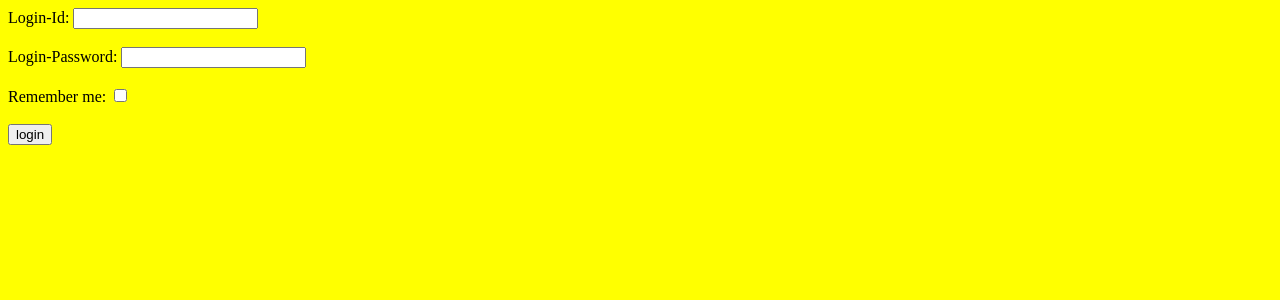
Repository: pawankumarsharm/UST_JDBC_SERVLET
Page: jdbc/empwebapp/WebContent/login.html
The author's editor kept a copy of each file at every save. The page is drawn from the files as they stood at one save, then again after the next save.
The browser window is 1280 px wide. The pictures show the whole page.

Above is the page before, as saved 2019-11-15 09:16:20.

After the next save:
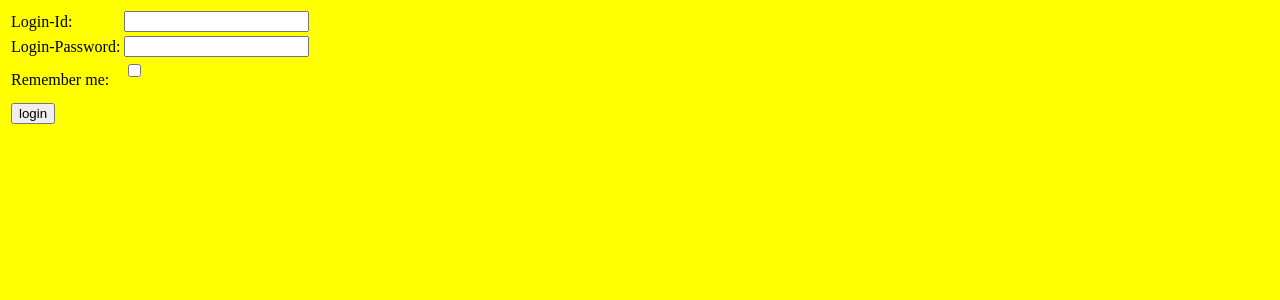
Saved 4 min 57 s later.
--- a/jdbc/empwebapp/WebContent/login.html
+++ b/jdbc/empwebapp/WebContent/login.html
@@ -8,12 +8,20 @@
 <form action="">
 <table>
 <tr>
+<td>Login-Id:</td>
+<td> <input name="id" type="text"></td>
+</tr>
+<tr>
+<td>Login-Password:</td>
+<td>  <input type="password" name="password"></td>
+</tr>
+<tr>
+<td>Remember me:</td>
+<td>   <input type="checkbox"><br><br></td>
+</tr>
 
-
-
-
-
-
+<tr>
+<td><input type="submit" value ="login"><br></td>
 </tr>
 
 
@@ -23,10 +31,9 @@
 
 
 </table>
-		Login-Id: <input name="id" type="text"><br><br>
-		Login-Password: <input type="password" name="password"><br><br>
-		Remember me: <input type="checkbox"><br><br>
-		<input type="submit" value ="login"><br>
+
+
+
 	</form>
 
 </body>
